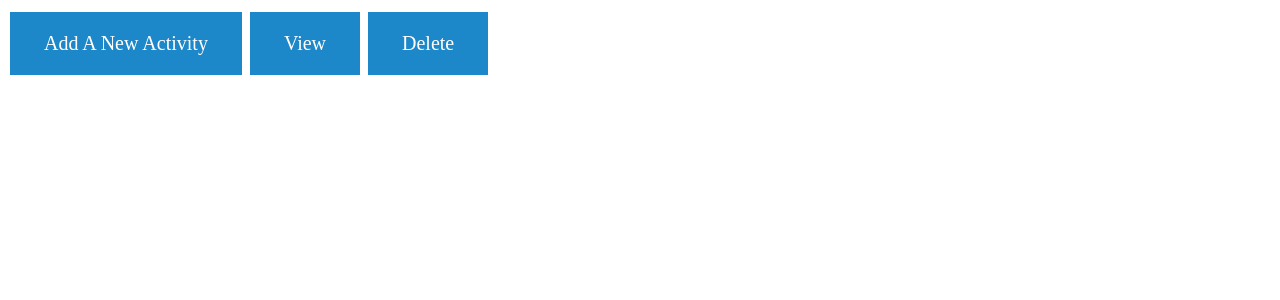
Repository: Malz6/DBMS-ActivityTracking
Page: dbs/WebContent/studentch.html
The author's editor kept a copy of each file at every save. The page is drawn from the files as they stood at one save, then again after the next save.
The browser window is 1280 px wide. The pictures show the whole page.

Above is the page before, as saved 2019-12-11 08:29:33.

### dbs/WebContent/studentch.html
<!DOCTYPE html>
<html>
   <head>
      <title>student update</title>
      <style>
         .button {
         background-color: #1c87c9;
         border: none;
         color: white;
         padding: 20px 34px;
         text-align: center;
         text-decoration: none;
         display: inline-block;
         font-size: 20px;
         margin: 4px 2px;
         cursor: pointer;
         }
      </style>
   </head>
   <body>
      <a href="insert.html" class="button">Add A New Activity</a>
      <a href="view.html" class="button">View</a>
      <a href="delete.html" class="button">Delete</a>
   </body>
</html>

After the next save:
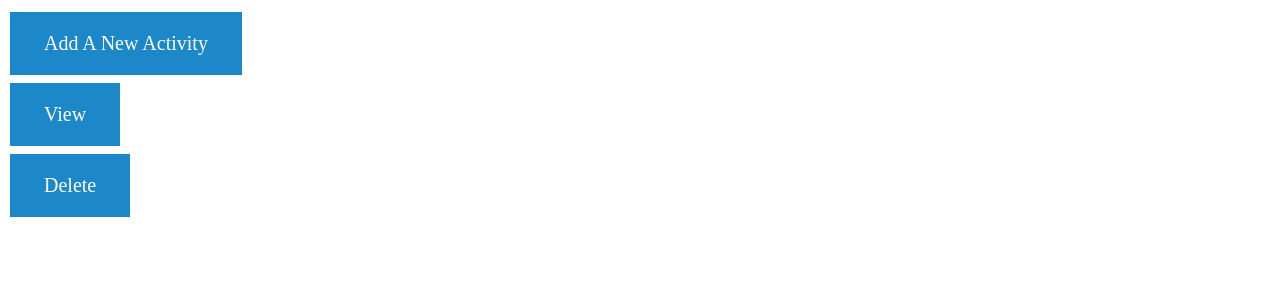
Saved 38 s later.
--- a/dbs/WebContent/studentch.html
+++ b/dbs/WebContent/studentch.html
@@ -18,8 +18,8 @@
       </style>
    </head>
    <body>
-      <a href="insert.html" class="button">Add A New Activity</a>
-      <a href="view.html" class="button">View</a>
-      <a href="delete.html" class="button">Delete</a>
+      <a href="insert.html" class="button">Add A New Activity</a><br/>
+      <a href="view.html" class="button">View</a><br/>
+      <a href="delete.html" class="button">Delete</a><br/>
    </body>
 </html>
